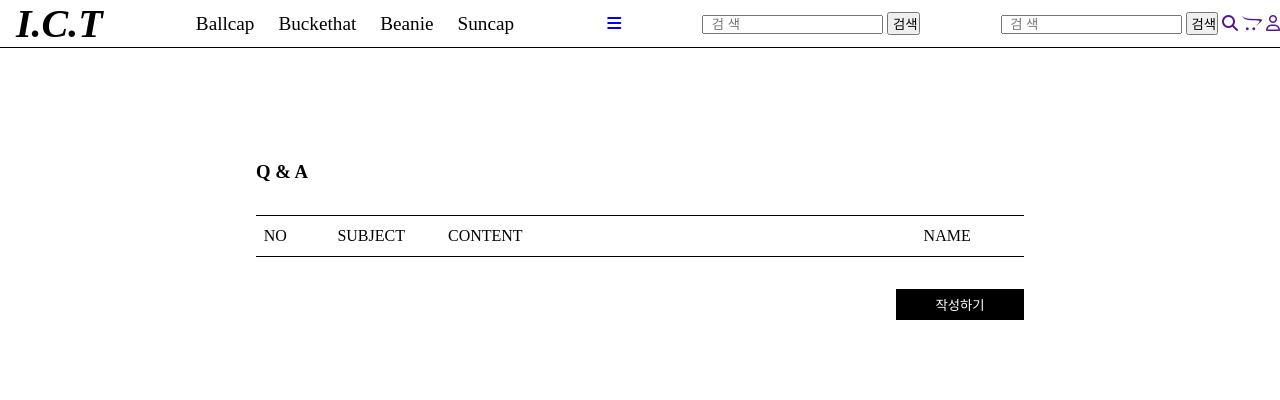
Repository: Developer120000/project1
Page: http://localhost/project1/productpage/q_a.jsp
An editor plug-in stored every save of this project. The page is shown before and after the next save, followed by the edit.
The browser window is 1280 px wide. The pictures show the whole page.
Some web libraries are served in a nearby version. The page is served by Tomcat 9.

Above is the page before, as saved 2024-03-19 09:44:27.
Console error: SyntaxError: Identifier 'hamburger' has already been declared

### project1/src/main/webapp/productpage/q_a.jsp
<%@ page language="java" contentType="text/html; charset=UTF-8"
    pageEncoding="UTF-8"%>
<!DOCTYPE html>
<html>
<head>
<meta charset="UTF-8">
<meta name="viewport" content="width=device-width, initial-scale=1">
<title>payment</title>
<%@ include file="header.jsp" %>
<link rel="stylesheet" href="../css/header.css">
<script src="../js/header.js" defer></script>
<link rel="stylesheet" href="../css/q_a.css">
</head>
<body>
	<div class="qcontainer">
		<div class="qwrapper">
			<h3 class="qtitle">Q & A</h3>
			<ul class="qau">
				<li class="qal q1">NO</li>
				<li class="qal q1">SUBJECT</li>
				<li class="qal">CONTENT</li>
				<li class="qal q1">NAME</li>
			</ul>
		</div>
		<p class="qwrite">
			<input type="submit" class="qwrite1" value="작성하기">
		</p>
	</div>
</body>
</html>

### project1/src/main/webapp/productpage/header.jsp
<%@ page language="java" contentType="text/html; charset=UTF-8"
    pageEncoding="UTF-8"%>
<!DOCTYPE html>
<html>
<head>
<meta charset="UTF-8">
<meta name="viewport" content="width=device-width, initial-scale=1.0">
<title>I.C.T</title>
<script src="https://kit.fontawesome.com/80123590ac.js" crossorigin="anonymous"></script>
<link rel="stylesheet" href="../css/header.css">
<script src="../js/header.js" defer></script>
<!-- <script defer src="js 파일 위치"></script> -->
</head>
<body>
	<header id="header">
		<div class="wrapper">
			<p class="title">
				<a href="">I.C.T</a>
			</p>
			<ul class="category">
				<li><a href="">Ballcap</a></li>
				<li><a href="">Buckethat</a></li>
				<li><a href="">Beanie</a></li>
				<li><a href="">Suncap</a></li>
			</ul>
			<a href="#" class="hamburger">
				<i class="fa-solid fa-bars"></i>
			</a>
			<form class="item2" onsubmit="return false">
				<input type="text" class="searchbar2" type="text" placeholder="&nbsp;&nbsp;검 색">
				<button class="res2">&nbsp;검색</button>
			</form>
			<form class="item" onsubmit="return false">
				<input type="text" class="searchbar1" type="text" placeholder="&nbsp;&nbsp;검 색">
				<button class="res1">&nbsp;검색</button>
				<a href="" class="b1 a1"><i class="fa-solid fa-magnifying-glass"></i></a>
				<a href="" class="b2 a1"><i class="fa-brands fa-opencart"></i></a>
<!-- 				<i class="fa-solid fa-cart-shopping"></i> -->
				<a href="" class="b3 a1"><i class="fa-regular fa-user"></i></a>
			</form>
		</div>
	</header>

</body>
</html>

### project1/src/main/webapp/css/header.css
@charset "UTF-8";
*{margin: 0px; }
#header{

/* 	height: 4.06rem; */
}
.wrapper{
	width: 100%;
	position: fixed;
	display: flex;
	justify-content: space-between;
	align-items: center;
	background-color: white;
	border-bottom: 1px solid black;
	z-index: 5;
}
.title a{
	text-decoration: none;
	font-size: 2.5rem;
	font-weight: bold;
	margin-left: 1rem;
	color: black;
	font-style: italic;
	display: inline-block;
}
.category{
	display: flex;
/* 	margin-right: 50%; */
	list-style: none;
}
.category li{
	padding: 8px 12px;
}
li a{
/* 	margin-right: 1.0rem; */
	font-size: 1.2rem;
	text-decoration: none;
}
li a:visited {color: black;}
li a:hover {text-decoration: underline;}

.search{
	display: flex;
	padding-left: 0;

/* 	width: 60%; */
/* 	text-align: right; */
}
.searchbar{
/* 	width: 30%; */
/* 	margin-right: 5px;  */
	padding: 5px;
}
.a1{
/* 	margin-right: 10%; */
}
.icon{display: none;}


@media screen and (max-width:600px){
	.wrapper{
		flex-direction: column;
		align-items: flex-start;
		padding: 8px 24px;
	}
	.category{
		display: none;
		flex-direction: column;
		align-items: center;
		width: 100%;
	}
	.category li a{
		width: 100%;
		text-align: center;
	}
	.search{
		display: none;
		justify-content: center;
		width: 100%;
	}
	.icon{
		display: block;
	}
}

@media screen and (max-width:1138px){


}


@media screen and (max-width:800px){


}

/* 1015px 이하 - suncap 사라짐 */
@media screen and (max-width:590px){

	.header_second #s4{display: none;}
}

### project1/src/main/webapp/css/q_a.css
@charset "UTF-8";
*{margin: 0px; padding: 0px; box-sizing: border-box;}

.qcontainer{
	padding-top: 4.06rem;
	width: 100%;
}
.qwrapper{
	display: flex;
	justify-content: center;
	flex-direction: column;
	align-items: center;
	width: 100%;
}
.qau{
	width: 60%;
	display: grid;
	grid-template-columns: 5% 20% 55% 20%;
	list-style: none;
/* 	border-top: 1px solid black; */
	border-bottom: 1px solid black;
	padding: 0.7rem 0;

}
.qtitle{
	width: 60%;
	margin-top: 6rem;
	padding-bottom: 2rem;
	border-bottom: 1px solid black;
}
.q1{
	text-align: center;
}
.qwrite{
	width: 80%;
	height: 1.9rem;
	display: flex;
    justify-content: flex-end;
    margin: 2rem 0;
}
.qwrite1{
	min-width: 8rem;
	height: 100%;
	background-color: black;
	color: white;
	border: none;
	cursor: pointer;
}

### project1/src/main/webapp/js/header.js
const hamburger = document.querySelector('.hamburger');
const category = document.querySelector('.category');

hamburger.addEventListener('click', () => {
    category.classList.toggle('active');
})

document.addEventListener('click', (e) => {
    if (!category.contains(e.target) && !hamburger.contains(e.target)) {
        category.classList.remove('active');
    }
})


const b1 = document.querySelector('.b1');
const searchbar2 = document.querySelector('.searchbar2');
const res2 = document.querySelector('.res2');

b1.addEventListener('click', (e) => {
	e.preventDefault();
//	e.stopPropagation();
    searchbar2.classList.toggle('active');
    res2.classList.toggle('active');
})

document.addEventListener('click', (e) => {
    if (!searchbar2.contains(e.target) && !res2.contains(e.target) && !b1.contains(e.target)) {
        searchbar2.classList.remove('active');
    }
})

document.addEventListener('click', (e) => {
    if (!res2.contains(e.target) && !searchbar2.contains(e.target) && !b1.contains(e.target)) {
        res2.classList.remove('active');
    }
})


//const b2 = document.querySelector('.b2');
//const b3 = document.querySelector('.b3');
//
//hamburger.addEventListener('click', () => {
//    b2.classList.toggle('active');
//    b3.classList.toggle('active');
//})
//
//document.addEventListener('click', (e) => {
//    if (!hamburger.contains(e.target) && !b2.contains(e.target) && !b3.contains(e.target) && !category.contains(e.target)) {
//		category.classList.remove('active');
//        b2.classList.toggle('active');
//    	b3.classList.toggle('active');
//    }
//})

After the next save:
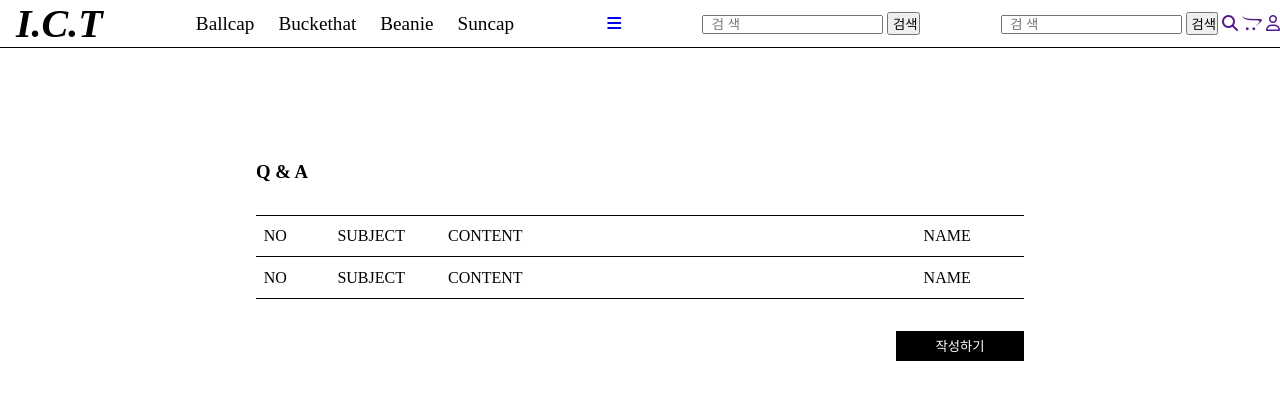
Saved 6 min 19 s later.
--- a/project1/src/main/webapp/productpage/q_a.jsp
+++ b/project1/src/main/webapp/productpage/q_a.jsp
@@ -21,6 +21,12 @@
 				<li class="qal">CONTENT</li>
 				<li class="qal q1">NAME</li>
 			</ul>
+			<ul class="qau">
+				<li class="qal q1">NO</li>
+				<li class="qal q1">SUBJECT</li>
+				<li class="qal">CONTENT</li>
+				<li class="qal q1">NAME</li>
+			</ul>
 		</div>
 		<p class="qwrite">
 			<input type="submit" class="qwrite1" value="작성하기">
